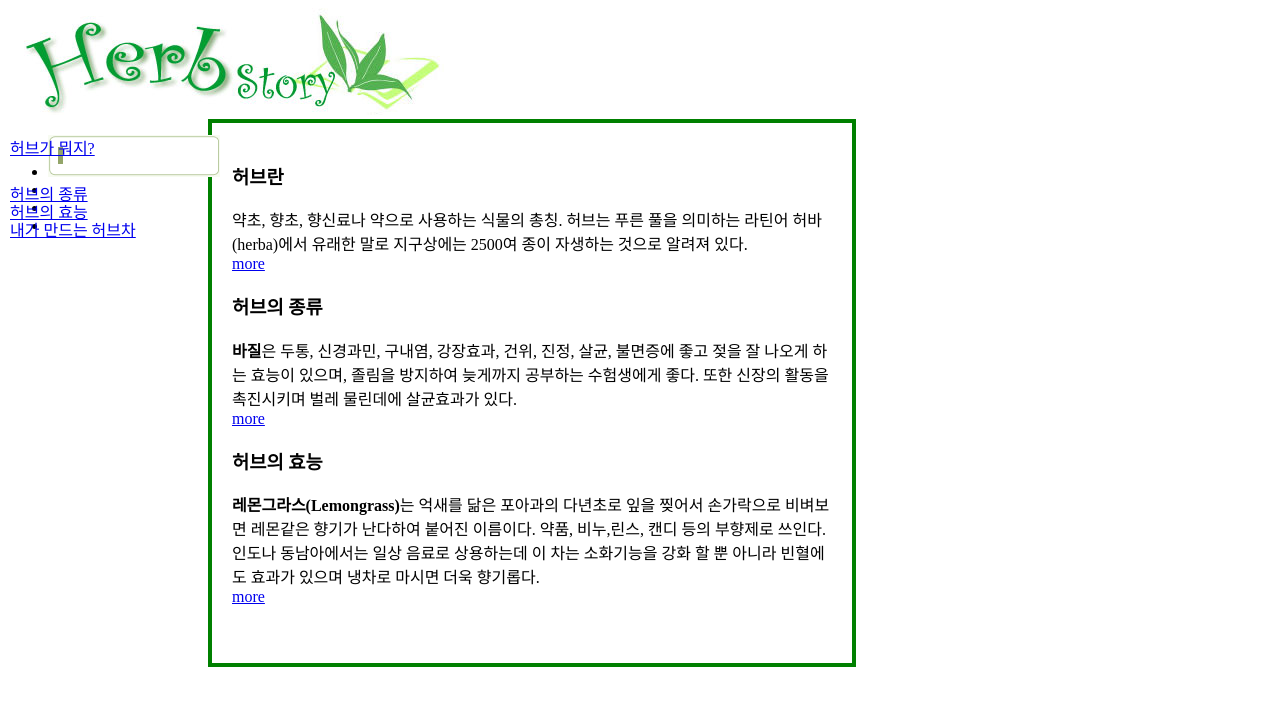
Repository: RyuJelly/java_web
Page: CSS/WebContent/exam2/menu2.htm
These files come from the project's save history. The page is drawn as it stood at one moment and after the next save; the edit follows.
The browser window is 1280 px wide. The pictures show the whole page.

Above is the page before, as saved 2021-03-08 03:16:57.

### CSS/WebContent/exam2/menu2.htm
<!DOCTYPE HTML PUBLIC "-//W3C//DTD HTML 4.01//EN" "http://www.w3.org/TR/html4/strict.dtd">
<html>
<head>
<title>Herb Story</title>
<meta http-equiv="Content-Type" content="text/html; charset=UTF-8">
<style type="text/css">
 	ul{
 		float: left;
 	}
 	il > a{
 		margin: 10px;
 	}
 	#content{
 		margin-left: 200px;
 		width: 600px;
 		height: 500px;
 		border: 4px solid;
 		border-color: green;
 		padding: 20px;
 	}
 	img{
 		position: relative;
 	}
 	li a {
 		position: absolute;
 		left: 10px;
 	}

</style>
</head>
<body>
<a href="index_vert2.htm"><img src="images/herblogo.jpg" border="0"></a>
<div id="sidemenu">
 <ul>
  <li><img src="images/menu_bg.gif"><a href="#">허브가 뭐지?</a></li>
  <li><a href="#">허브의 종류</a></li>
  <li><a href="#">허브의 효능</a></li>
  <li><a href="#">내가 만드는 허브차</a></li>
 </ul>
</div>
<div id="content">
<h3>허브란</h3>
<p class="box">약초, 향초, 향신료나 약으로 사용하는 식물의 총칭. 허브는 푸른 풀을 의미하는 라틴어 허바(herba)에서 유래한 말로 지구상에는 2500여 종이 자생하는 것으로 알려져 있다.<br>
<span class="more"><a href="#">more</a></span></p>
<h3>허브의 종류</h3>
<p class="box"><strong>바질</strong>은 두통, 신경과민, 구내염, 강장효과, 건위, 진정, 살균, 불면증에 좋고 젖을 잘 나오게 하는 효능이 있으며, 졸림을 방지하여 늦게까지 공부하는 수험생에게 좋다. 또한 신장의 활동을 촉진시키며 벌레 물린데에 살균효과가 있다.<br><span class="more"><a href="#">more</a></span></p>
<h3>허브의 효능</h3>
<p class="box"><strong>레몬그라스(Lemongrass)</strong>는 억새를 닮은 포아과의 다년초로 잎을 찢어서 손가락으로 비벼보면 레몬같은 향기가 난다하여 붙어진 이름이다. 약품, 비누,린스, 캔디 등의 부향제로 쓰인다. 인도나 동남아에서는 일상 음료로 상용하는데 이 차는 소화기능을 강화 할 뿐 아니라 빈혈에도 효과가 있으며 냉차로 마시면 더욱 향기롭다.<br> <span class="more"><a href="#">more</a></span></p>
</body>
</html>

After the next save:
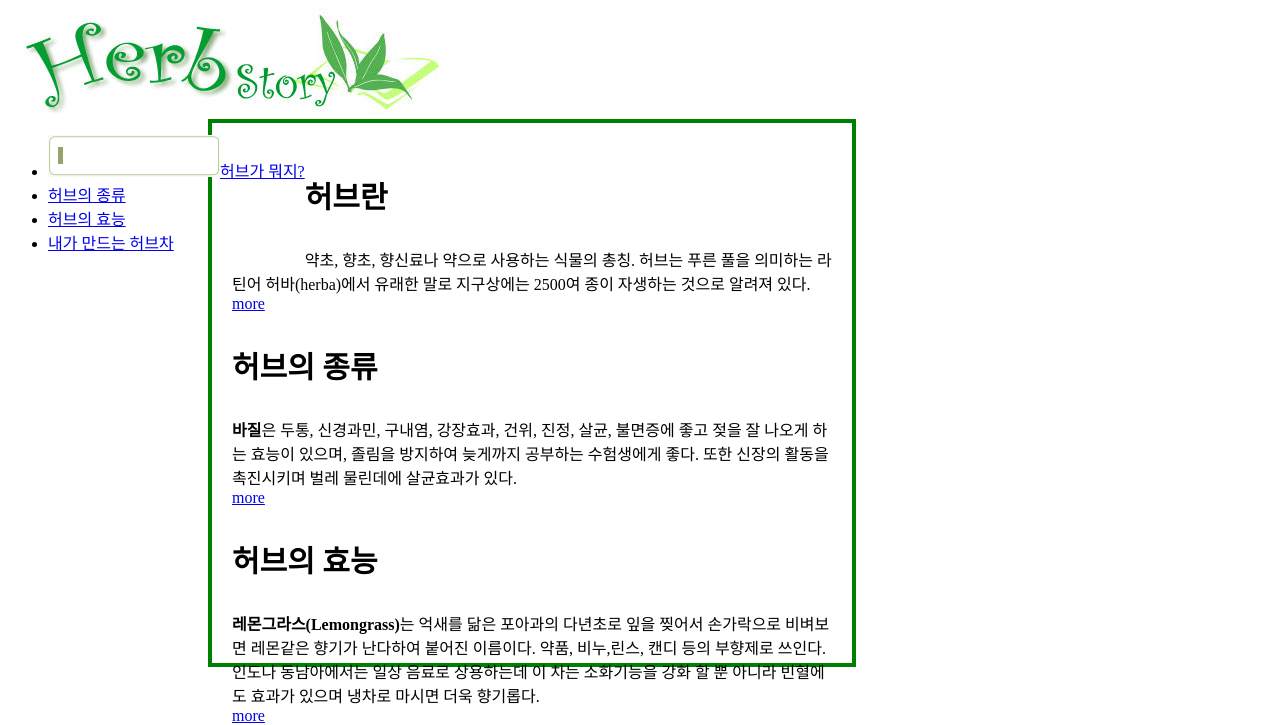
Saved 108 s later.
--- a/CSS/WebContent/exam2/menu2.htm
+++ b/CSS/WebContent/exam2/menu2.htm
@@ -18,13 +18,10 @@
  		border-color: green;
  		padding: 20px;
  	}
- 	img{
- 		position: relative;
- 	}
- 	li a {
- 		position: absolute;
- 		left: 10px;
- 	}
+	h3{
+		font-size: 30px;
+		font-weight: bold;
+	}
 
 </style>
 </head>
